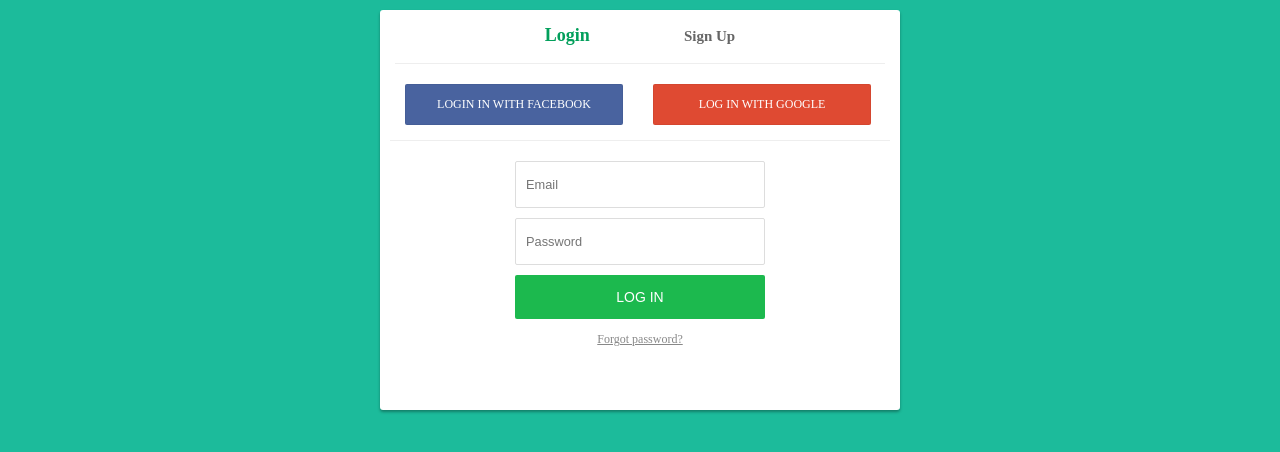
Repository: erengthb/AWS-Java-Servlet-Project
Page: http://localhost/Proje/Homepage.jsp
The author's editor kept a copy of each file at every save. The page is drawn from the files as they stood at one save, then again after the next save.
The browser window is 1280 px wide. The pictures show the whole page.
The page is served by Tomcat 9. Other server files are loaded and not shown.

Above is the page before, as saved 2022-04-17 13:15:22.
Console error: ReferenceError: $ is not defined

### Proje/src/main/webapp/Homepage.jsp
<%@ page language="java" contentType="text/html; charset=ISO-8859-1"
    pageEncoding="ISO-8859-1"%>
<!DOCTYPE html>

<style>
body{
  background-color: #1cbb9b;
}
.login-box{
  position:relative;
  margin: 10px auto;
  width: 500px;
  height: 380px;
  background-color: #fff;
  padding: 10px;
  border-radius: 3px;
  -webkit-box-shadow: 0px 2px 3px 0px rgba(0,0,0,0.33);
-moz-box-shadow: 0px 2px 3px 0px rgba(0,0,0,0.33);
box-shadow: 0px 2px 3px 0px rgba(0,0,0,0.33);
}
.lb-header{
  position:relative;
  color: #00415d;
  margin: 5px 5px 10px 5px;
  padding-bottom:10px;
  border-bottom: 1px solid #eee;
  text-align:center;
  height:28px;
}
.lb-header a{
  margin: 0 25px;
  padding: 0 20px;
  text-decoration: none;
  color: #666;
  font-weight: bold;
  font-size: 15px;
  -webkit-transition: all 0.1s linear;
  -moz-transition: all 0.1s linear;
  transition: all 0.1s linear;
}
.lb-header .active{
  color: #029f5b;
  font-size: 18px;
}
.social-login{
  position:relative;
  float: left;
  width: 100%;
  height:auto;
  padding: 10px 0 15px 0;
  border-bottom: 1px solid #eee;
}
.social-login a{
  position:relative;
  float: left;
  width:calc(40% - 8px);
  text-decoration: none;
  color: #fff;
  border: 1px solid rgba(0,0,0,0.05);
  padding: 12px;
  border-radius: 2px;
  font-size: 12px;
  text-transform: uppercase;
  margin: 0 3%;
  text-align:center;
}
.social-login a i{
  position: relative;
  float: left;
  width: 20px;
  top: 2px;
}
.social-login a:first-child{
  background-color: #49639F;
}
.social-login a:last-child{
  background-color: #DF4A32;
}
.email-login,.email-signup{
  position:relative;
  float: left;
  width: 100%;
  height:auto;
  margin-top: 20px;
  text-align:center;
}
.u-form-group{
  width:100%;
  margin-bottom: 10px;
}
.u-form-group input[type="email"],
.u-form-group input[type="password"]{
  width: calc(50% - 22px);
  height:45px;
  outline: none;
  border: 1px solid #ddd;
  padding: 0 10px;
  border-radius: 2px;
  color: #333;
  font-size:0.8rem;
  -webkit-transition:all 0.1s linear;
  -moz-transition:all 0.1s linear;
  transition:all 0.1s linear;
}
.u-form-group input:focus{
  border-color: #358efb;
}
.u-form-group button{
  width:50%;
  background-color: #1CB94E;
  border: none;
  outline: none;
  color: #fff;
  font-size: 14px;
  font-weight: normal;
  padding: 14px 0;
  border-radius: 2px;
  text-transform: uppercase;
}
.forgot-password{
  width:50%;
  text-align: left;
  text-decoration: underline;
  color: #888;
  font-size: 0.75rem;
}

</style>




  <div class="login-box">
    <div class="lb-header">
      <a href="#" class="active" id="login-box-link">Login</a>
      <a href="#" id="signup-box-link">Sign Up</a>
    </div>
    <div class="social-login">
      <a href="#">
        <i class="fa fa-facebook fa-lg"></i>
        Login in with facebook
      </a>
      <a href="#">
        <i class="fa fa-google-plus fa-lg"></i>
        log in with Google
      </a>
    </div>
    <form class="email-login">
      <div class="u-form-group">
        <input type="email" placeholder="Email"/>
      </div>
      <div class="u-form-group">
        <input type="password" placeholder="Password"/>
      </div>
      <div class="u-form-group">
        <button>Log in</button>
      </div>
      <div class="u-form-group">
        <a href="#" class="forgot-password">Forgot password?</a>
      </div>
    </form>


    </form>
  </div>


<script>
$(".email-signup").hide();
$("#signup-box-link").click(function(){
  $(".email-login").fadeOut(100);
  $(".email-signup").delay(100).fadeIn(100);
  $("#login-box-link").removeClass("active");
  $("#signup-box-link").addClass("active");
});
$("#login-box-link").click(function(){
  $(".email-login").delay(100).fadeIn(100);;
  $(".email-signup").fadeOut(100);
  $("#login-box-link").addClass("active");
  $("#signup-box-link").removeClass("active");
});
</script>

After the next save:
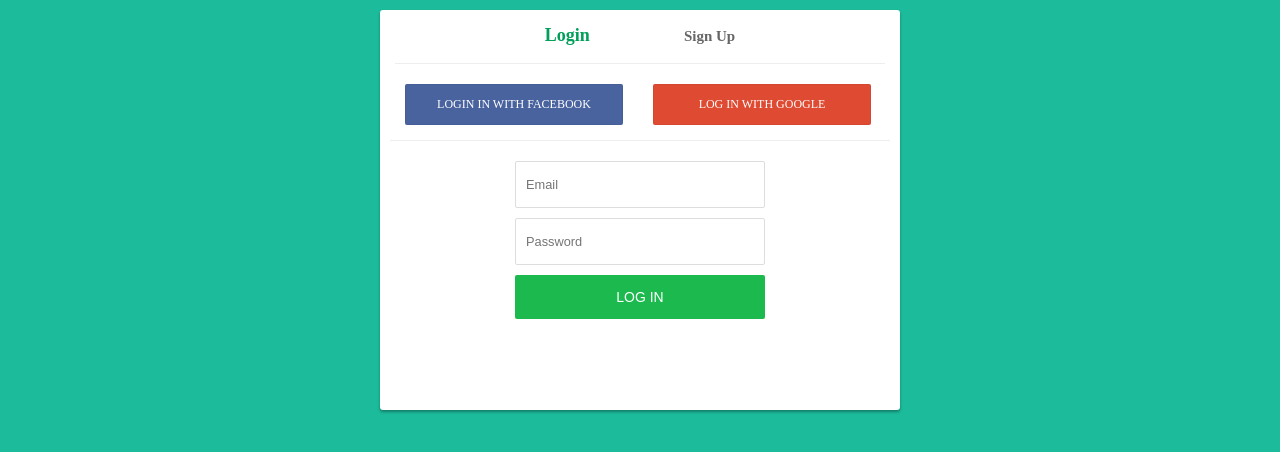
Saved 12 s later.
--- a/Proje/src/main/webapp/Homepage.jsp
+++ b/Proje/src/main/webapp/Homepage.jsp
@@ -155,9 +155,7 @@ box-shadow: 0px 2px 3px 0px rgba(0,0,0,0.33);
       <div class="u-form-group">
         <button>Log in</button>
       </div>
-      <div class="u-form-group">
-        <a href="#" class="forgot-password">Forgot password?</a>
-      </div>
+
     </form>
 
 
